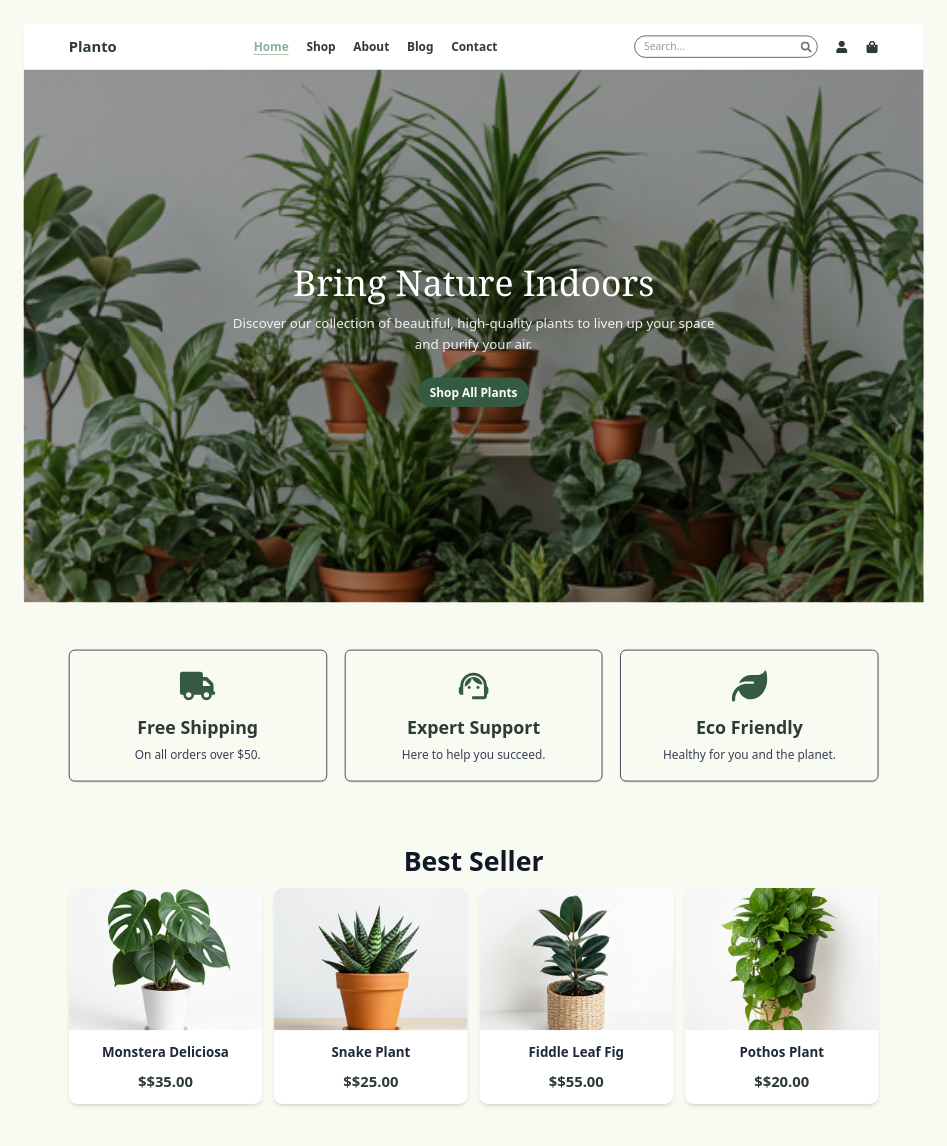
Repository: mazenessam99/Planto
Page: /
These files come from the project's save history. The page is drawn as it stood at one moment and after a run of saves; the edit follows.
The browser window is 1280 px wide. The pictures show the whole page, at 74% of full size.
The project was rebuilt for these pictures with package versions that can differ from the ones it lists, and the page was loaded fresh each time. Also part of the build but not shown: vite.config.js.

Above is the page before, as saved 2025-11-22 23:23:43.

After the next 3 saves:
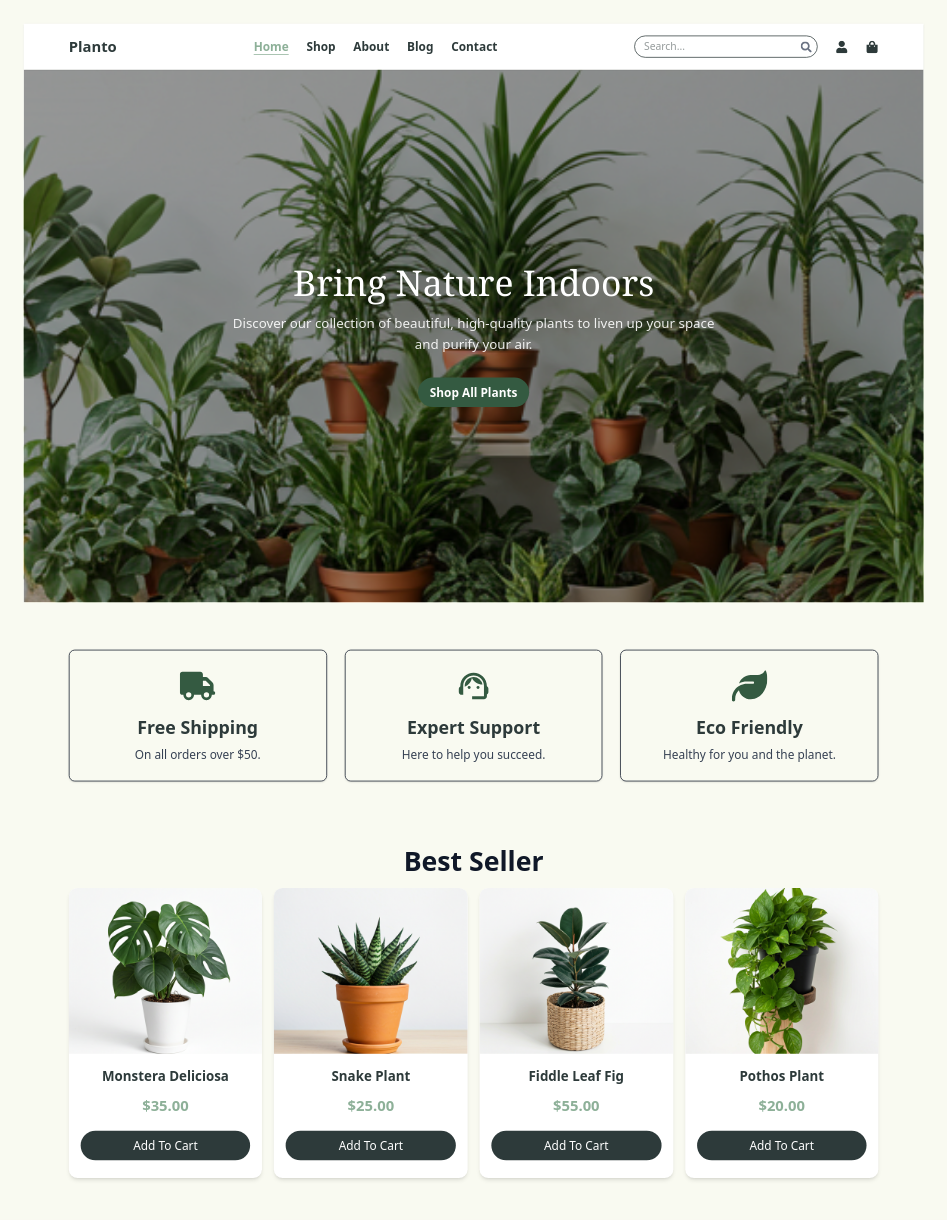
The 3 saves are shown as one change because they came seconds apart.
The last was saved 25 s later.
--- a/src/components/ui/ProductCard.jsx
+++ b/src/components/ui/ProductCard.jsx
@@ -1,43 +1,23 @@
-export default function ProductCard({
-  src,
-  title,
-  price,
-  button = false,
-  buttonLabel = "Add to cart",
-  onButtonClick,
-}) {
+import Button from "./Button";
+
+const ProductCard = ({src,title,price,showButton=true,buttonText='Add To Cart'}) => {
   return (
-    <div className="bg-white rounded-xl shadow-md overflow-hidden hover:shadow-xl transition-all duration-300">
-
-      {/* الصورة - بدون padding - FULL WIDTH */}
-      <div className="w-full h-48">
-        <img
-          src={src}
-          alt={title}
-          className="w-full h-full object-cover hover:scale-110 transition-all duration-500"
-        />
+    <div className="bg-white rounded-xl shadow-md overflow-hidden flex flex-col hover:shadow-xl transition-all">
+      <div className="w-full h-56  ">
+        <img src={src} className="w-full h-full object-cover hover:scale-105 transition" alt={title}/>
       </div>
-
-      {/* المحتوى فقط هو اللي واخد padding */}
       <div className="p-4 flex flex-col gap-3">
-
-        {/* العنوان */}
-        <h3 className="text-lg font-semibold text-gray-800">{title}</h3>
-
-        {/* السعر */}
-        <p className="text-primary font-bold text-xl">${price}</p>
-
-        {/* زرار اختياري */}
-        {button && (
-          <button
-            onClick={onButtonClick}
-            className="mt-2 bg-primary text-white py-2 px-4 rounded-lg hover:bg-primary/80 transition"
-          >
-            {buttonLabel}
-          </button>
-        )}
+        <h3 className="text-lg font-semibold text-primary">{title}</h3>
+      <p className="font-bold text-xl text-secondary">{price}</p>
+      {showButton&&(
+        <Button className="my-2">
+          {buttonText}
+        </Button>
+      )}
       </div>
 
     </div>
-  );
+  )
 }
+
+export default ProductCard;
